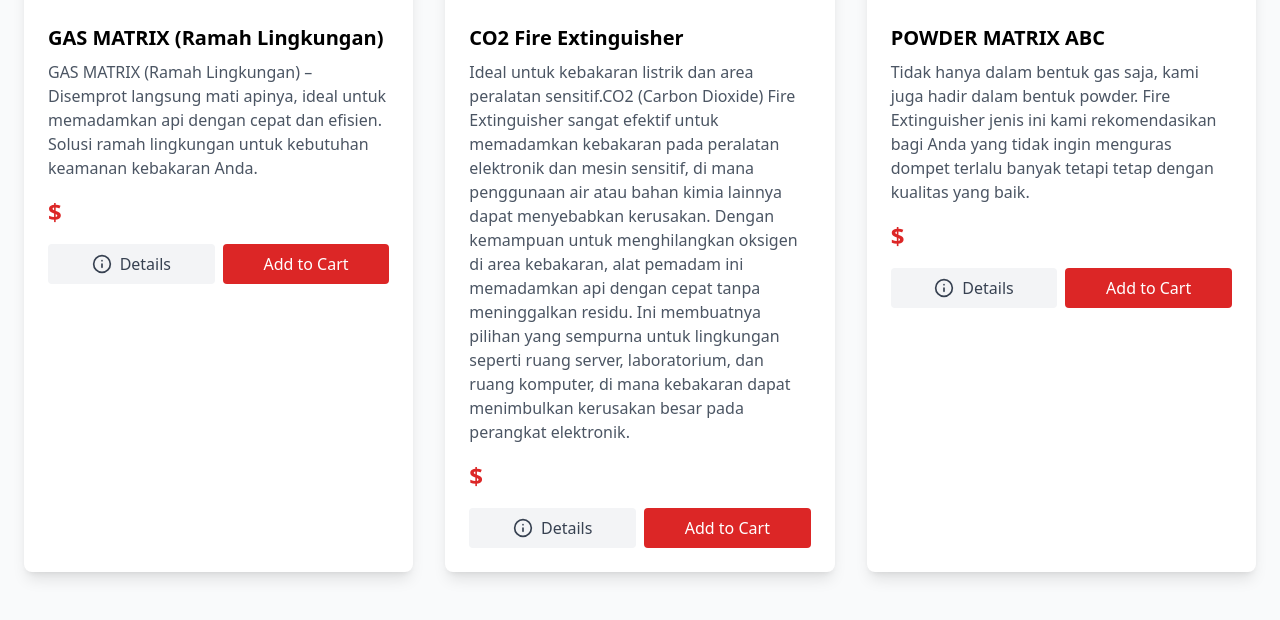
Repository: matrixmas/matrixmas.github.io
Page: /products
These files come from the project's save history. The page is drawn as it stood at one moment and after the next save; the edit follows.
The browser window is 1280 px wide. The pictures show the part of the page from y = 400 to 1020 px (the page is 1020 px tall before and 780 px after).
The project was rebuilt for these pictures with package versions that can differ from the ones it lists, and the page was loaded fresh each time. Also part of the build but not shown: vite.config.ts, src/pages/Home.tsx, src/pages/ProductDetail.tsx, src/pages/About.tsx, src/pages/Contact.tsx.

Above is the page before, as saved 2025-02-04 13:52:45.

After the next save:
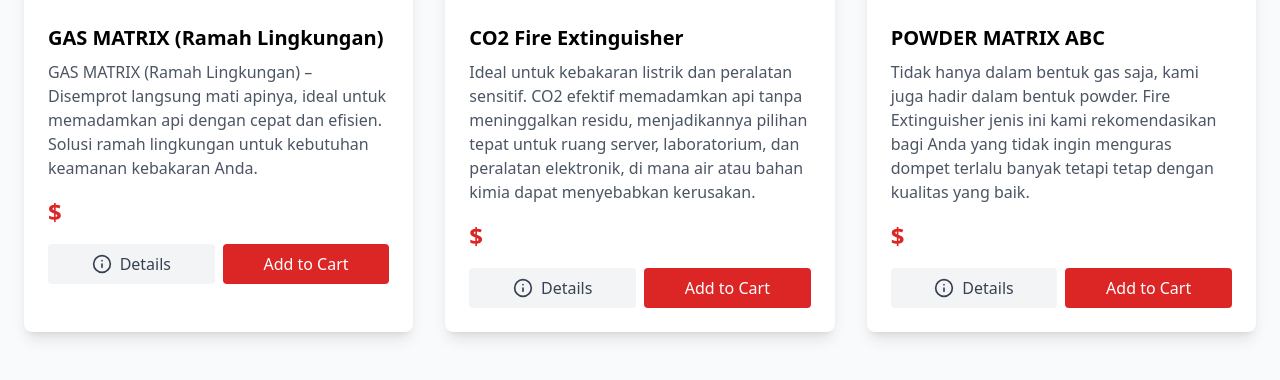
Saved 24 s later.
--- a/src/pages/Products.tsx
+++ b/src/pages/Products.tsx
@@ -25,7 +25,7 @@ features: [
     id: 2,
     name: "CO2 Fire Extinguisher",
     image: "https://images.unsplash.com/photo-1629814210609-0d984e86bfb8?auto=format&fit=crop&q=80",
-    description: "Ideal untuk kebakaran listrik dan area peralatan sensitif.CO2 (Carbon Dioxide) Fire Extinguisher sangat efektif untuk memadamkan kebakaran pada peralatan elektronik dan mesin sensitif, di mana penggunaan air atau bahan kimia lainnya dapat menyebabkan kerusakan. Dengan kemampuan untuk menghilangkan oksigen di area kebakaran, alat pemadam ini memadamkan api dengan cepat tanpa meninggalkan residu. Ini membuatnya pilihan yang sempurna untuk lingkungan seperti ruang server, laboratorium, dan ruang komputer, di mana kebakaran dapat menimbulkan kerusakan besar pada perangkat elektronik.",
+    description: "Ideal untuk kebakaran listrik dan peralatan sensitif. CO2 efektif memadamkan api tanpa meninggalkan residu, menjadikannya pilihan tepat untuk ruang server, laboratorium, dan peralatan elektronik, di mana air atau bahan kimia dapat menyebabkan kerusakan.",
     features: [
       "Non-konduktif",
       "Tidak meninggalkan residu",
